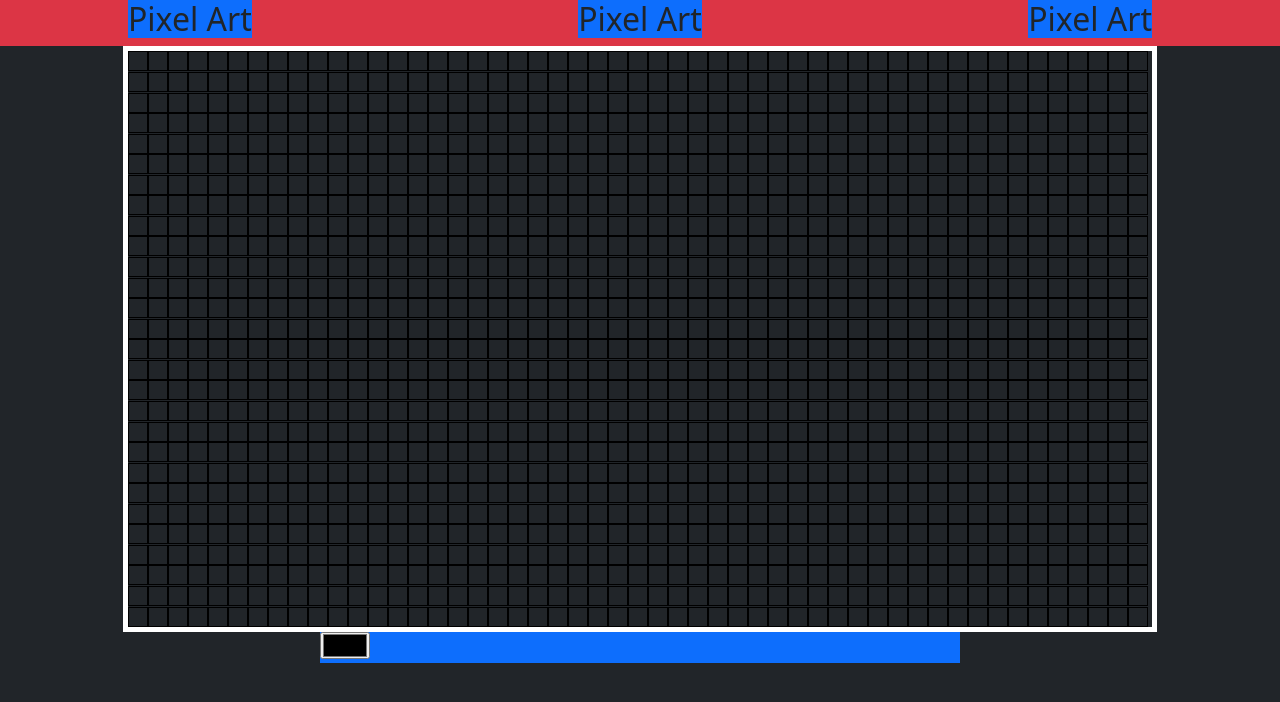
Repository: bechara611/pixelartdb
Page: /
An editor plug-in stored every save of this project. The page is shown before and after the next save, followed by the edit.
The browser window is 1280 px wide. The pictures show the whole page.
The project was rebuilt for these pictures with package versions that can differ from the ones it lists, and the page was loaded fresh each time. Also part of the build but not shown: vite.config.js.

Above is the page before, as saved 2023-03-07 11:51:00.

After the next save:
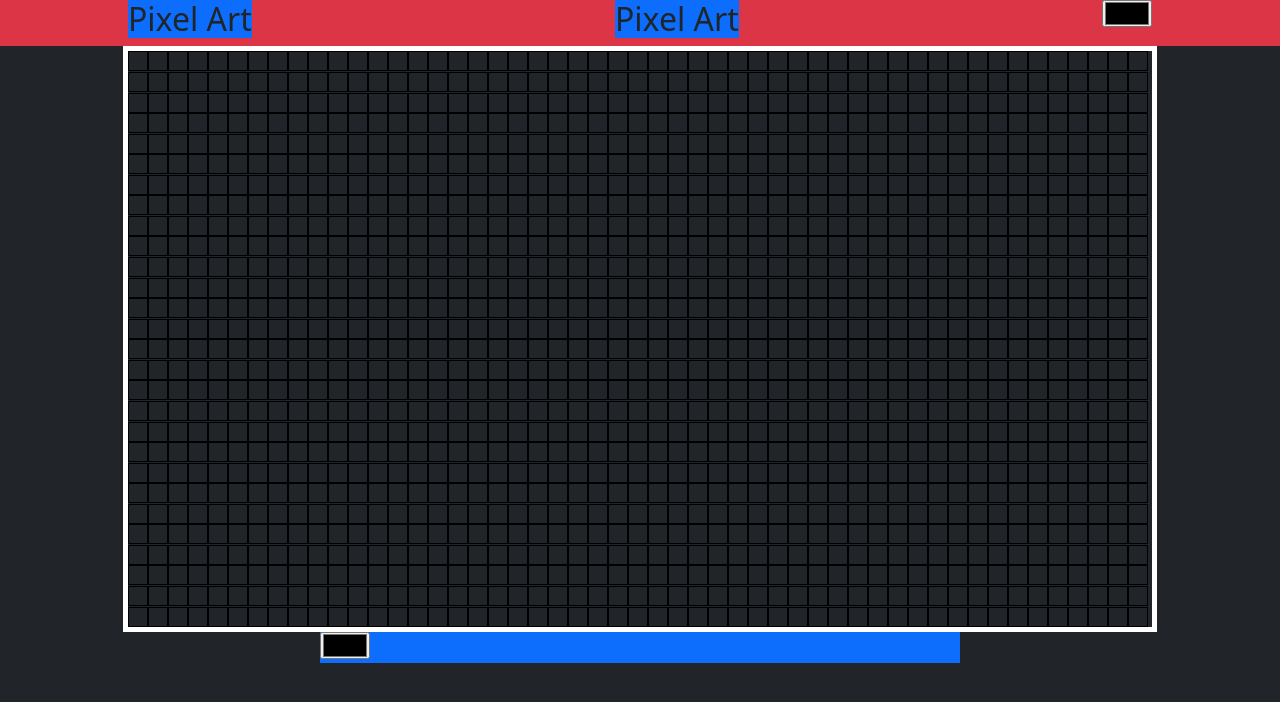
Saved 28 s later.
--- a/src/App.jsx
+++ b/src/App.jsx
@@ -57,7 +57,7 @@ const App = () => {
         <div className="contenedor-mayor2 header">
         <h2 className='bg-primary'>Pixel Art</h2>
           <h2 className='bg-primary'>Pixel Art</h2>
-          <h2 className='bg-primary'>Pixel Art</h2>
+          <input type="color" onChange={(e) => { setcolorActual(e.target.value) }} />
         </div>
         </div>
         <div className="contenedor-mayor ">
